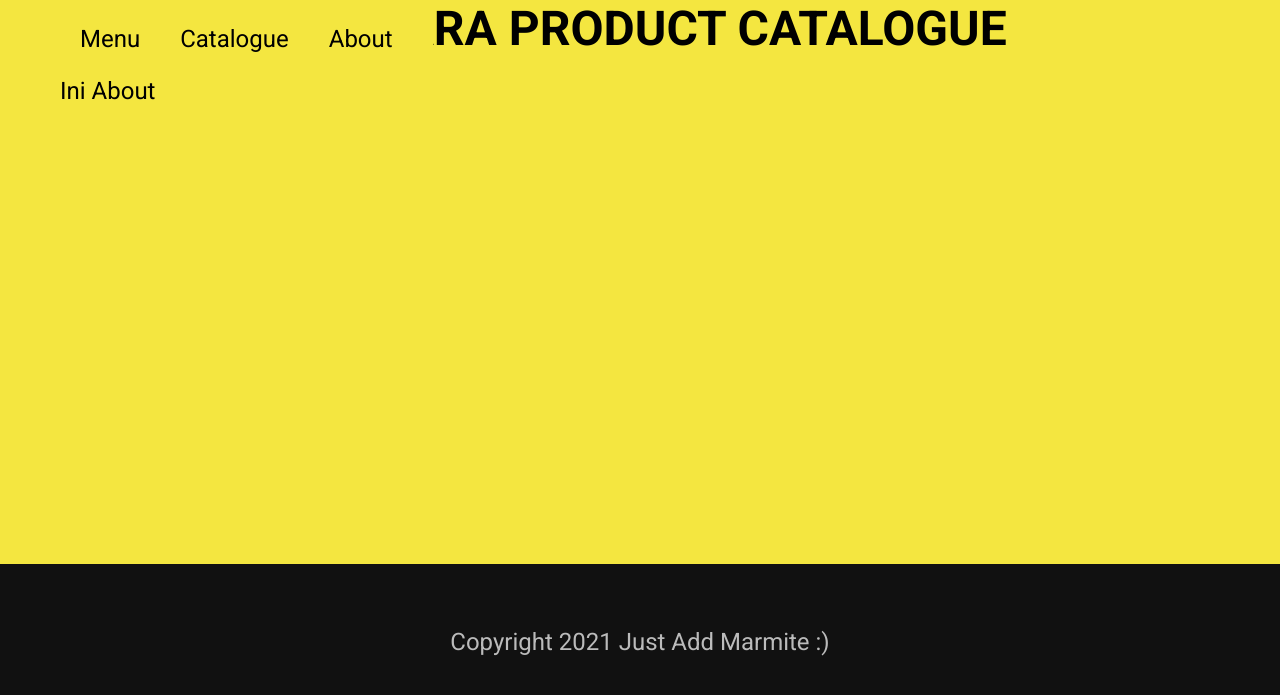
Repository: Fauzaanmhmd/Skripsi
Page: /about/about
These files come from the project's save history. The page is drawn as it stood at one moment and after the next save; the edit follows.
The browser window is 1280 px wide. The pictures show the whole page.
The project was rebuilt for these pictures with package versions that can differ from the ones it lists, and the page was loaded fresh each time. The framework's server and built-in components were replaced by stand-ins that run in the browser. Also part of the build but not shown: next.config.js.

Above is the page before, as saved 2021-05-24 20:44:19.

### pages/about/about.js
import Layout from "../../components/Layout"

export default function About({ recipes }) {
    return (
        <Layout>
            Ini About
        </Layout>

    )
}

### styles/globals.css
@import url('https://fonts.googleapis.com/css2?family=Roboto:ital,wght@0,100;0,300;0,400;0,500;0,700;0,900;1,100;1,300;1,400;1,500;1,700;1,900&display=swap');

body {
  background: #F4E640;
  margin: 0;
  font-family: 'Roboto';
  font-size: 1.5em;
}
.layout {
  min-height: 100vh;
  display: flex;
  flex-direction: column;
}
header {
  text-align: center;
}
header a {
  text-decoration: none;
  color: black;
  text-transform: uppercase;
  display: inline-block;
}
header h1, header h2 {
  margin: 0;
}
header span {
  display: block;
  line-height: 1em;
}
header span:first-child {
  font-size: 1em;
  font-weight: 400;
}
header span:last-child {
  font-size: 1.5em;
  font-weight: 800;
}
header h2 {
  font-size: 1.2em;
  font-weight: 400;
}
footer {
  background: #111;
  color: #bbb;
  padding: 40px;
  text-align: center;
  margin-top: auto
}
.page-content {
  max-width: 1200px;
  margin: 20px auto 80px;
  padding: 0 20px;
  width: 100%;
  box-sizing: border-box;
}

.navbar {
  display: flex;
  justify-content: center;
  height: 60px;
  padding: 10px 20px;
  align-items: center;
  background-color: #F4E640;
  position: fixed;
  flex-direction: column;
}

ul{
  list-style-type: none;
  display: flex;
}

li {
  margin: 20px;
  cursor: pointer;
  border-bottom: 2px solid #F4E640;
}
li:hover {
background-color: transparent;
border-bottom: 2px solid black;
}
.navimg{
  position: absolute;
  left: 20px;
}

.zoom:hover {
  -ms-transform: scale(1.5); /* IE 9 */
  -webkit-transform: scale(1.5); /* Safari 3-8 */
  transform: scale(1.5);
  transition: transform .9s;
}

img {
  width: 550px;
  height: 380px;
  margin: 10px 30px 0px 30px;
  padding: 10px 20px 0px 20px;
  display: flex;
  justify-content: center;
  align-items: center;
  position: relative;
  cursor: pointer;
}

img:hover {
  -ms-transform: scale(1.1); /* IE 9 */
  -webkit-transform: scale(1.1); /* Safari 3-8 */
  transform: scale(1.1);
  transition: transform .9s;
}

.image {
  display: grid;
  grid-template-columns: repeat(2,minmax(0,1fr));
  grid-gap: .5rem;
  padding: 0 50px;
}

.button {
  cursor : pointer;
  margin: 0 30px;
  padding: 0 20px;
  width: 100px;
}

.button {
  cursor: pointer;
    margin-bottom: 30px;
    margin-top: 30px;
    margin-left: 0px;
    margin-right: 0px;
    padding-top: 10px;
    padding-bottom: 10px;
    border-top-width: 2px;
    border-bottom-width: 2px
}

.img-bg {
  display: flex;
  background-color: white;
  flex-direction: column;
  justify-content: center;
  align-items: center;
  width: 65%;
  height: 150px;
  margin: -50px 0px 40px 90px;
}

.zoom-dropdown:hover {
  -ms-transform: scale(1.5); /* IE 9 */
  -webkit-transform: scale(1.5); /* Safari 3-8 */
  transform: scale(1.5);
  transition: transform .9s;
}

### components/Layout.js
import Link from 'next/link'
import Navbar from './Navbar'

export default function Layout({ children }) {

  return (
    <div className="layout">
      <header>
        <Navbar />
        <Link href="/">
          <a>
            <h1 className="zoom">Reswara Product Catalogue</h1>
          </a>
        </Link>
      </header>

      <div className="page-content">
        {children}
      </div>



      <footer>
        <p>Copyright 2021 Just Add Marmite :)</p>
      </footer>
    </div >
  )
}

### components/Navbar.js
import Link from 'next/link'

const Navbar = props => {
    return (
        <div className="navbar">
            <ul className="navbar_menu">
                <Link href="/">
                    <li className="zoom">Menu</li>
                </Link>
                <Link href="/catalogue">
                    <li className="zoom-dropdown">Catalogue</li>
                </Link>
                <Link href="/about">
                    <li className="zoom">About</li>
                </Link>
            </ul>
        </div>
    )
}

export default Navbar

Loaded but not shown: pages/_app.js (common file)

After the next save:
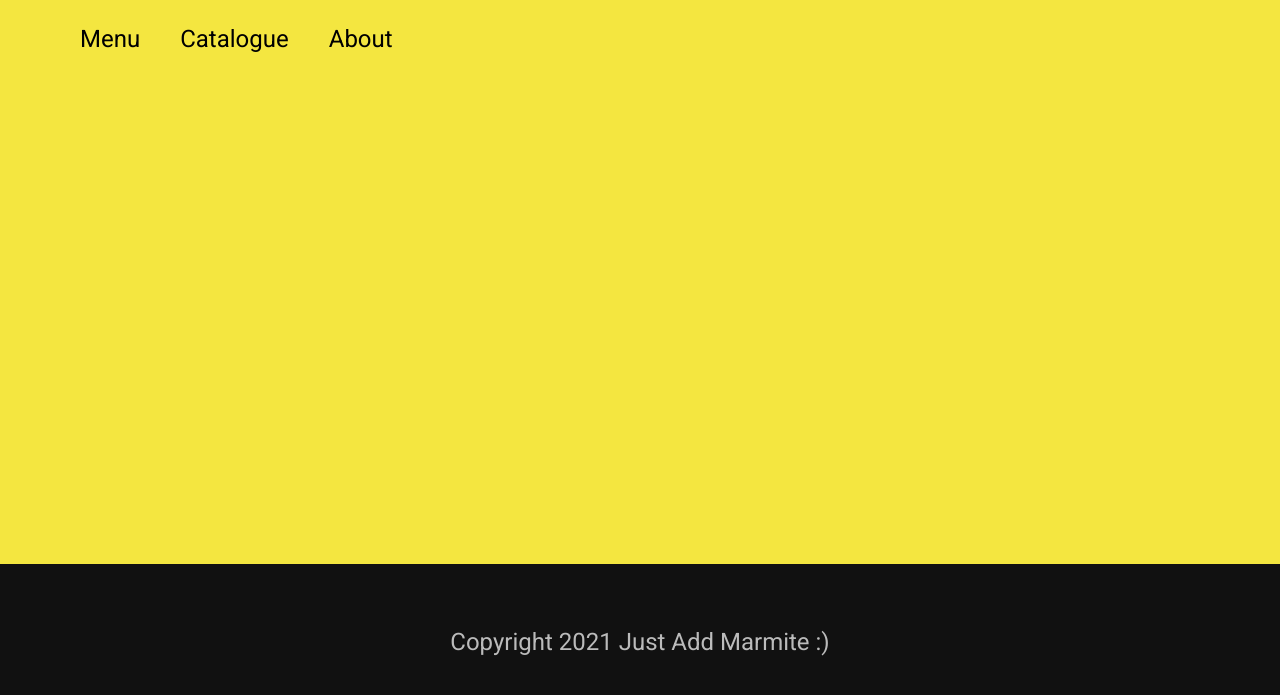
Saved 71 s later.
--- a/components/Layout.js
+++ b/components/Layout.js
@@ -7,11 +7,6 @@ export default function Layout({ children }) {
     <div className="layout">
       <header>
         <Navbar />
-        <Link href="/">
-          <a>
-            <h1 className="zoom">Reswara Product Catalogue</h1>
-          </a>
-        </Link>
       </header>
 
       <div className="page-content">
